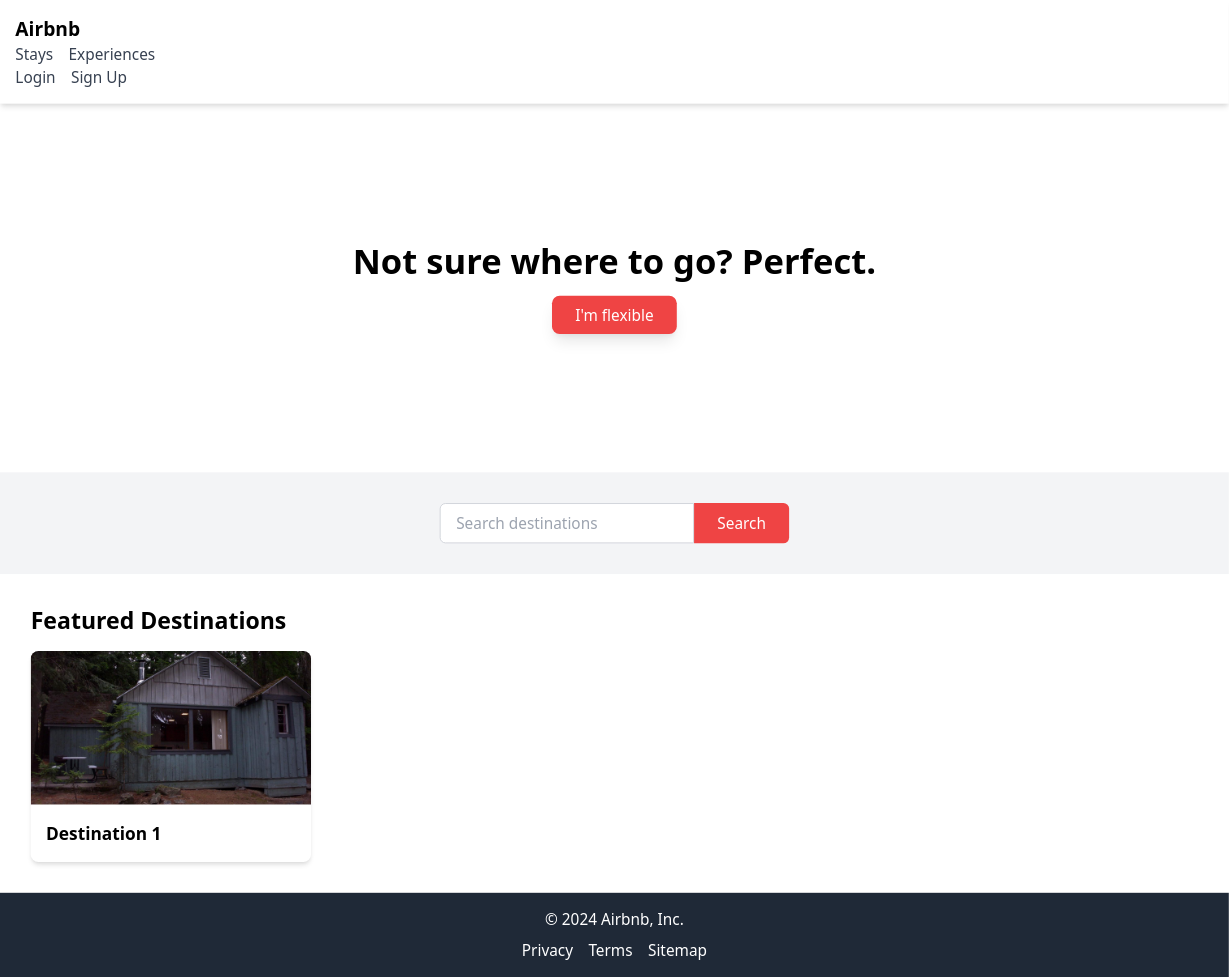
Repository: rmdayberry/Airbnb-Clone
Page: index.html
These files come from the project's save history. The page is drawn as it stood at one moment and after the next save; the edit follows.
The browser window is 1280 px wide. The pictures show the whole page, at 96% of full size.

Above is the page before, as saved 2024-08-13 16:33:34.

After the next save:
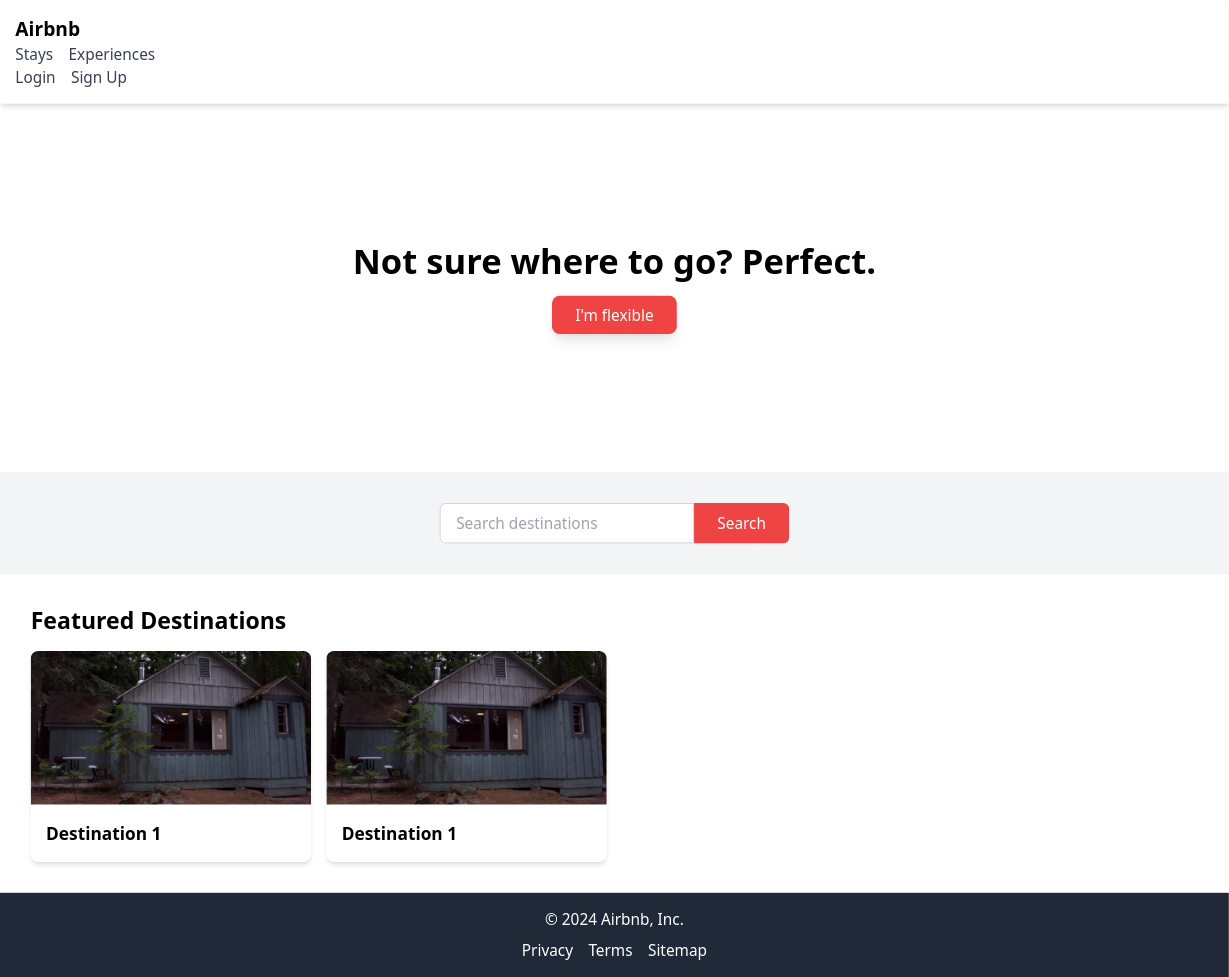
Saved 4 h 34 min later.
--- a/index.html
+++ b/index.html
@@ -61,6 +61,12 @@
             <h3 class="text-lg font-semibold">Destination 1</h3>
           </div>
         </div>
+        <div class="bg-white shadow-md rounded-lg overflow-hidden">
+          <img src="Images/cabin_at_priest_lake.jpg" alt="Destination 1" class="w-full h-40 object-cover"/>
+          <div class="p-4">
+            <h3 class="text-lg font-semibold">Destination 1</h3>
+          </div>
+        </div>
         <!-- Reapeat for more listings -->
       </div>
     </section>
